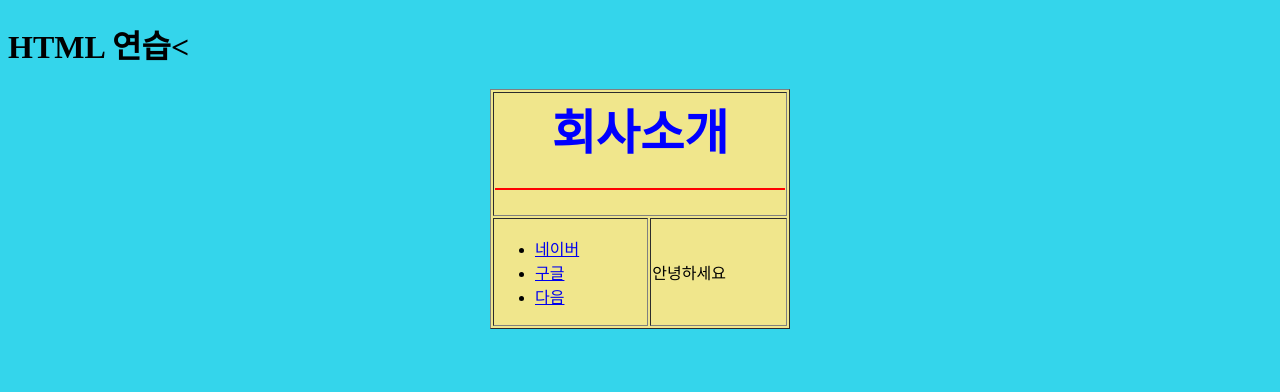
Repository: sika5382/jsp
Page: html/WebContent/NewFile2.html
These files come from the project's save history. The page is drawn as it stood at one moment and after the next save; the edit follows.
The browser window is 1280 px wide. The pictures show the whole page.

Above is the page before, as saved 2020-10-29 08:20:22.

After the next save:
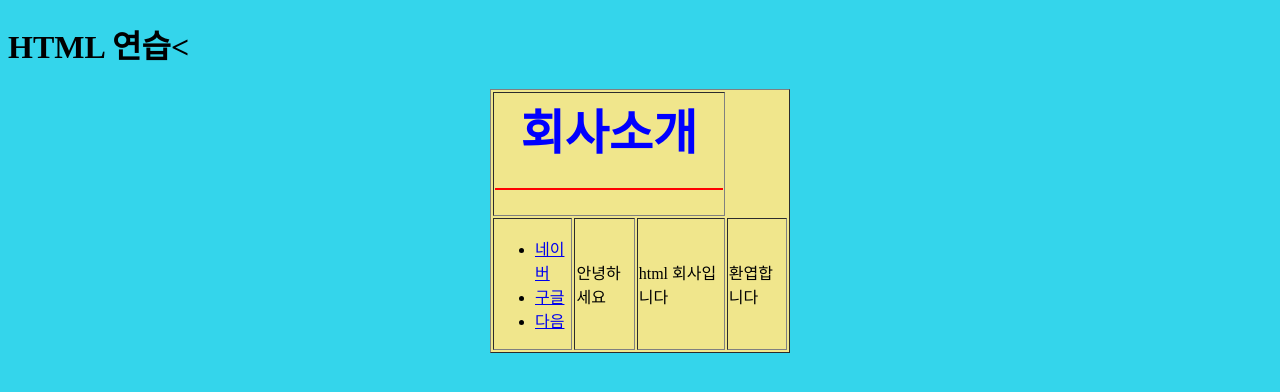
Saved 22 s later.
--- a/html/WebContent/NewFile2.html
+++ b/html/WebContent/NewFile2.html
@@ -34,6 +34,9 @@
 				</td>
 
 				<td>안녕하세요</td>
+				<td>html 회사입니다</td>
+				<td>환엽합니다</td>
+
 			</tr>
 
 
